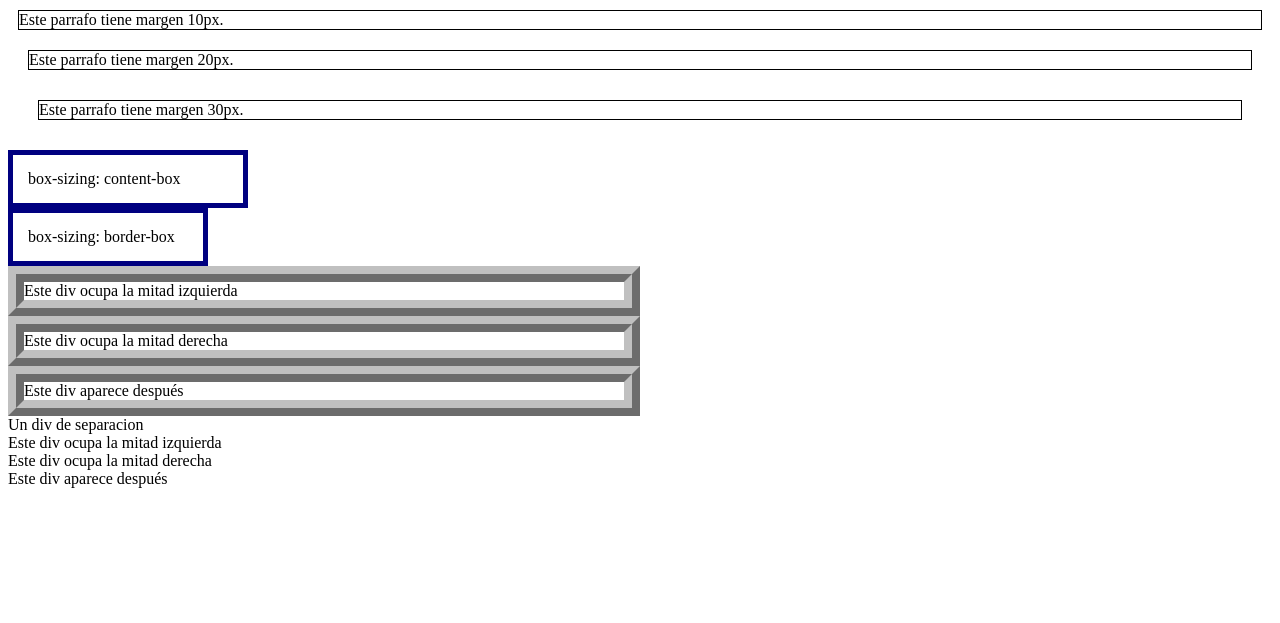
Repository: cesarsant0203/My_Study
Page: Introducción al desarrollo web/2-Css/2.11/2.11-modelo_de_caja_css.html
The author's editor kept a copy of each file at every save. The page is drawn from the files as they stood at one save, then again after the next save.
The browser window is 1280 px wide. The pictures show the whole page.

Above is the page before, as saved 2020-04-29 16:17:56.

### Introducción al desarrollo web/2-Css/2.11/2.11-modelo_de_caja_css.html
<!DOCTYPE html>
<html lang="es">

<head>
    <meta charset="utf-8" />
    <title>Modelo de caja</title>
    <link href="2.11-modelo_de_caja_css.css" rel="stylesheet" />
</head>

<body>
    <section>
    <p class="margen-10">
        Este parrafo tiene margen 10px.
    </p>
    <p class="margen-20">
        Este parrafo tiene margen 20px.
    </p>
    <p class="margen-30">
        Este parrafo tiene margen 30px.
    </p>
    </section>
    <div id="contentBox">box-sizing: content-box</div>
    <div id="borderBox">box-sizing: border-box</div>
    <section class="box-sizing-content">
        <div class="split">Este div ocupa la mitad izquierda</div>
        <div class="split">Este div ocupa la mitad derecha</div>
        <div class="split">Este div aparece después</div>
    </section>
    <div>Un div de separacion</div>
    <section class="box-sizing-border">
        <div class="split">Este div ocupa la mitad izquierda</div>
        <div class="split">Este div ocupa la mitad derecha</div>
        <div class="split">Este div aparece después</div>
    </section>
</body>

</html>

### Introducción al desarrollo web/2-Css/2.11/2.11-modelo_de_caja_css.css
.margen-10, .margen-20, .margen-30 {
    border: 1px solid black;
}
.margen-10 {
    margin: 10px;
}
.margen-20 {
    margin: 20px;
}
.margen-30 {
    margin: 30px;
}

#contentBox {
    width: 200px;
    border: 5px solid #000080;
    box-sizing: content-box;
    padding: 15px;
}
#borderBox {
    width: 200px;
    border: 5px solid #000080;
    box-sizing: border-box;
    padding: 15px;
}
.box-sizing-content .split {
    width: 50%;
    border: 1em silver ridge;
    box-sizing: content-box;
    padding: left;
}
.box-sizing-content .split {
    width: 50%;
    border: 1em silver ridge;
    box-sizing: border-box;
    padding: left;
}

After the next save:
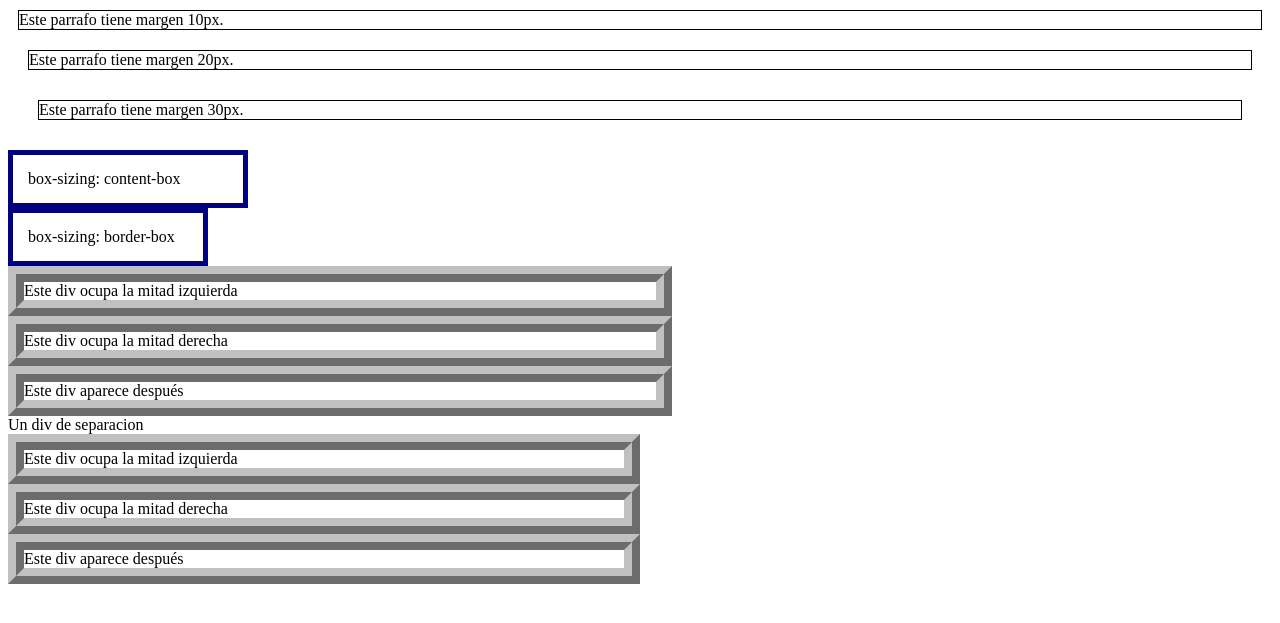
Saved 29 s later.
--- a/Introducción al desarrollo web/2-Css/2.11/2.11-modelo_de_caja_css.css
+++ b/Introducción al desarrollo web/2-Css/2.11/2.11-modelo_de_caja_css.css
@@ -29,7 +29,7 @@
     box-sizing: content-box;
     padding: left;
 }
-.box-sizing-content .split {
+.box-sizing-border .split {
     width: 50%;
     border: 1em silver ridge;
     box-sizing: border-box;
